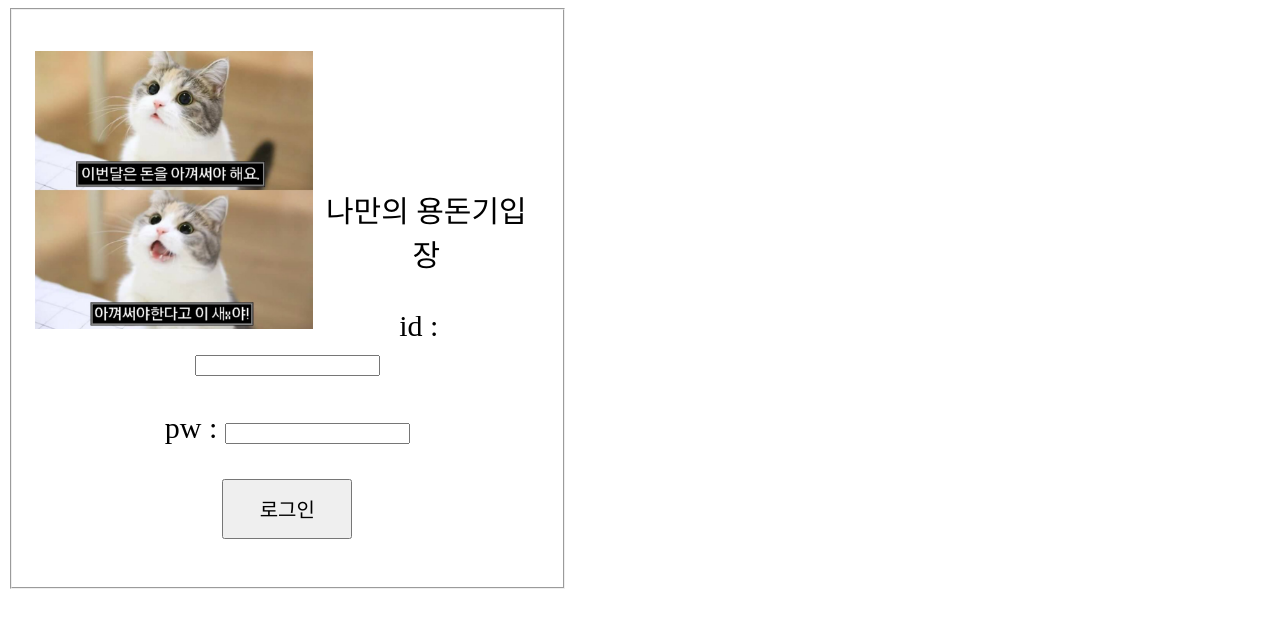
Repository: hus0124/M-IT
Page: JSP_Workspaces/pocketMoneyDiary/WebContent/index.html
These files come from the project's save history. The page is drawn as it stood at one moment and after the next save; the edit follows.
The browser window is 1280 px wide. The pictures show the whole page.

Above is the page before, as saved 2020-01-02 05:46:55.

### JSP_Workspaces/pocketMoneyDiary/WebContent/index.html
<!DOCTYPE html>
<html>
<head>
<meta charset="EUC-KR">
<title>수정중</title>
<style>
body {font-size:30px}
</style>
</head>
<body>
	<fieldset style="width:40%; height:auto; text-align:center">
	<form action="result.jsp" method="get">
		<p>
		<img src="catmoney.png" style="width:55%; height:auto; float:left">
		<br><br><br><br>나만의 용돈기입장<br><br>
		id :&nbsp;&nbsp;<input type="text" name = "id"><br><br>
		pw : <input type="text" name = "pw"><br><br>
		<input type="submit" value = "로그인" style="width:130px;height:60px;font-size:20px;">
		</p>
	</form>
	</fieldset>
</body>
</html>

After the next save:
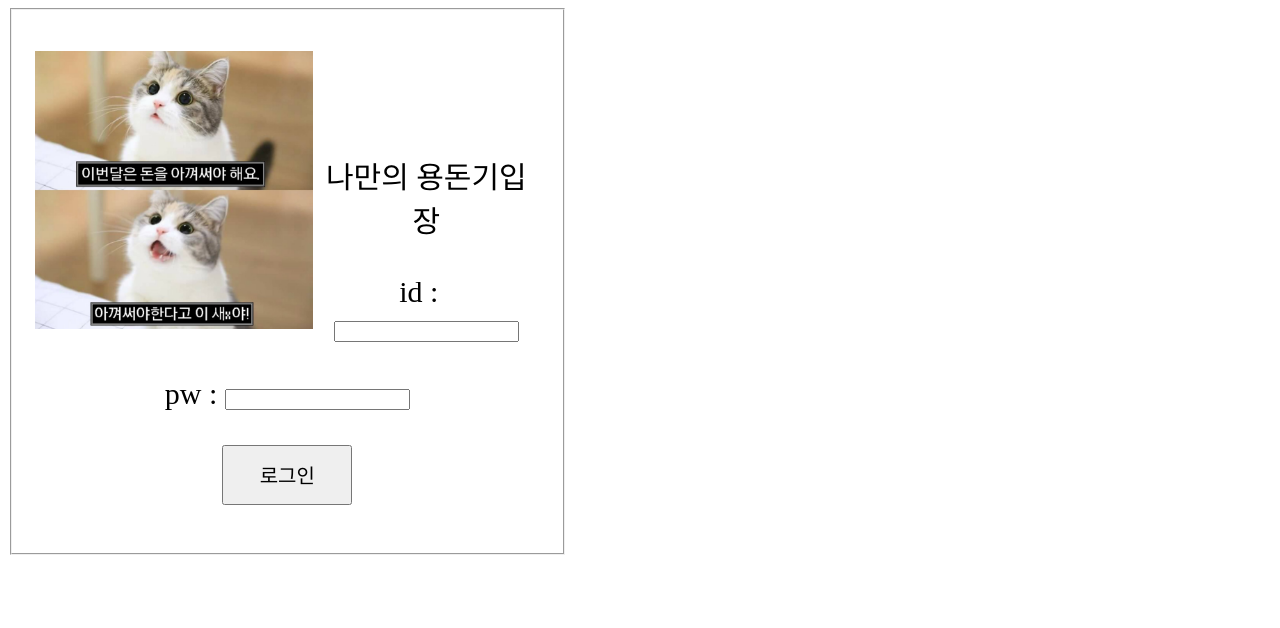
Saved 5 s later.
--- a/JSP_Workspaces/pocketMoneyDiary/WebContent/index.html
+++ b/JSP_Workspaces/pocketMoneyDiary/WebContent/index.html
@@ -12,7 +12,7 @@ body {font-size:30px}
 	<form action="result.jsp" method="get">
 		<p>
 		<img src="catmoney.png" style="width:55%; height:auto; float:left">
-		<br><br><br><br>나만의 용돈기입장<br><br>
+		<br><br><br>나만의 용돈기입장<br><br>
 		id :&nbsp;&nbsp;<input type="text" name = "id"><br><br>
 		pw : <input type="text" name = "pw"><br><br>
 		<input type="submit" value = "로그인" style="width:130px;height:60px;font-size:20px;">
